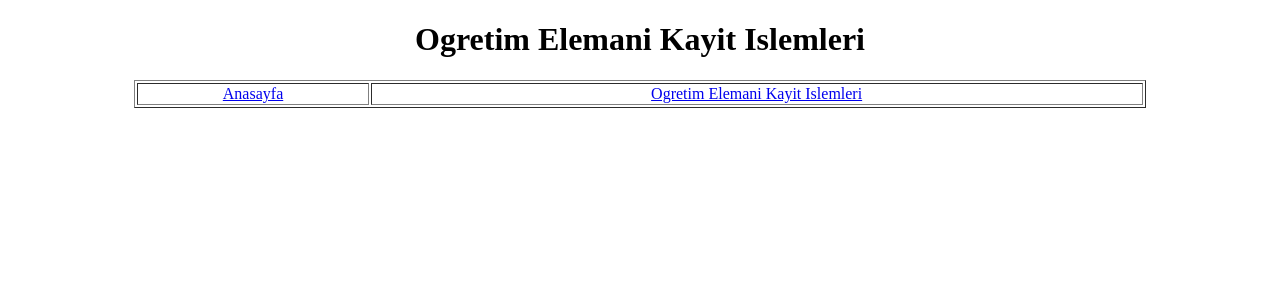
Repository: Egemen-ve-Burakhan-internet-final/final
Page: http://localhost/ogretim/ogretmen_kayit.jsp
An editor plug-in stored every save of this project. The page is shown before and after the next save, followed by the edit.
The browser window is 1280 px wide. The pictures show the whole page.
The page is served by Tomcat 9. Other server files are loaded and not shown.

Above is the page before, as saved 2020-05-25 14:10:54.

### okul/ogretim/WebContent/ogretmen_kayit.jsp
<%@ page language="java" contentType="text/html; charset=ISO-8859-1"
    pageEncoding="ISO-8859-1"%>
<!DOCTYPE html>
<html>
<head>
<meta charset="ISO-8859-1">
<title>Insert title here</title>
</head>
<body>
	<div>
		<div>
			<h1 style="text-align:center">Ogretim Elemani Kayit Islemleri</h1>
		</div>
		<div>
			<table border=1px; width="80%" align= center>
				<tr>
					<td style="text-align:center"><a href="index.jsp">Anasayfa               </a></td>
					<td style="text-align:center"><a href="ogretmen_kayit.jsp">Ogretim Elemani Kayit Islemleri</a></td>
				</tr>
			</table>
		</div>
	</div>
</body>
</html>

After the next save:
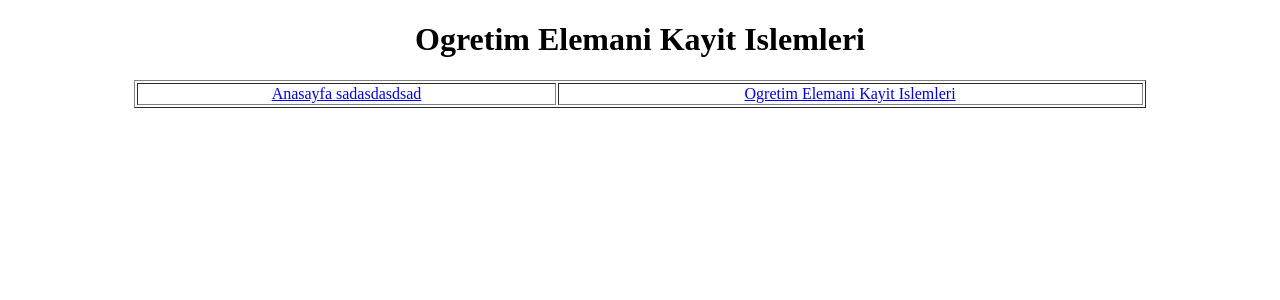
Saved 8 s later.
--- a/okul/ogretim/WebContent/ogretmen_kayit.jsp
+++ b/okul/ogretim/WebContent/ogretmen_kayit.jsp
@@ -14,7 +14,7 @@
 		<div>
 			<table border=1px; width="80%" align= center>
 				<tr>
-					<td style="text-align:center"><a href="index.jsp">Anasayfa               </a></td>
+					<td style="text-align:center"><a href="index.jsp">Anasayfa    sadasdasdsad           </a></td>
 					<td style="text-align:center"><a href="ogretmen_kayit.jsp">Ogretim Elemani Kayit Islemleri</a></td>
 				</tr>
 			</table>

After the save that followed:
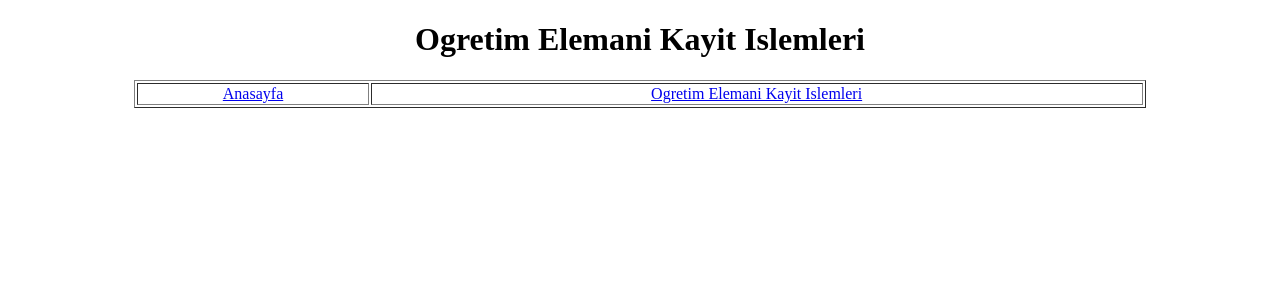
Saved 16 s later.
--- a/okul/ogretim/WebContent/ogretmen_kayit.jsp
+++ b/okul/ogretim/WebContent/ogretmen_kayit.jsp
@@ -14,7 +14,7 @@
 		<div>
 			<table border=1px; width="80%" align= center>
 				<tr>
-					<td style="text-align:center"><a href="index.jsp">Anasayfa    sadasdasdsad           </a></td>
+					<td style="text-align:center"><a href="index.jsp">Anasayfa               </a></td>
 					<td style="text-align:center"><a href="ogretmen_kayit.jsp">Ogretim Elemani Kayit Islemleri</a></td>
 				</tr>
 			</table>
